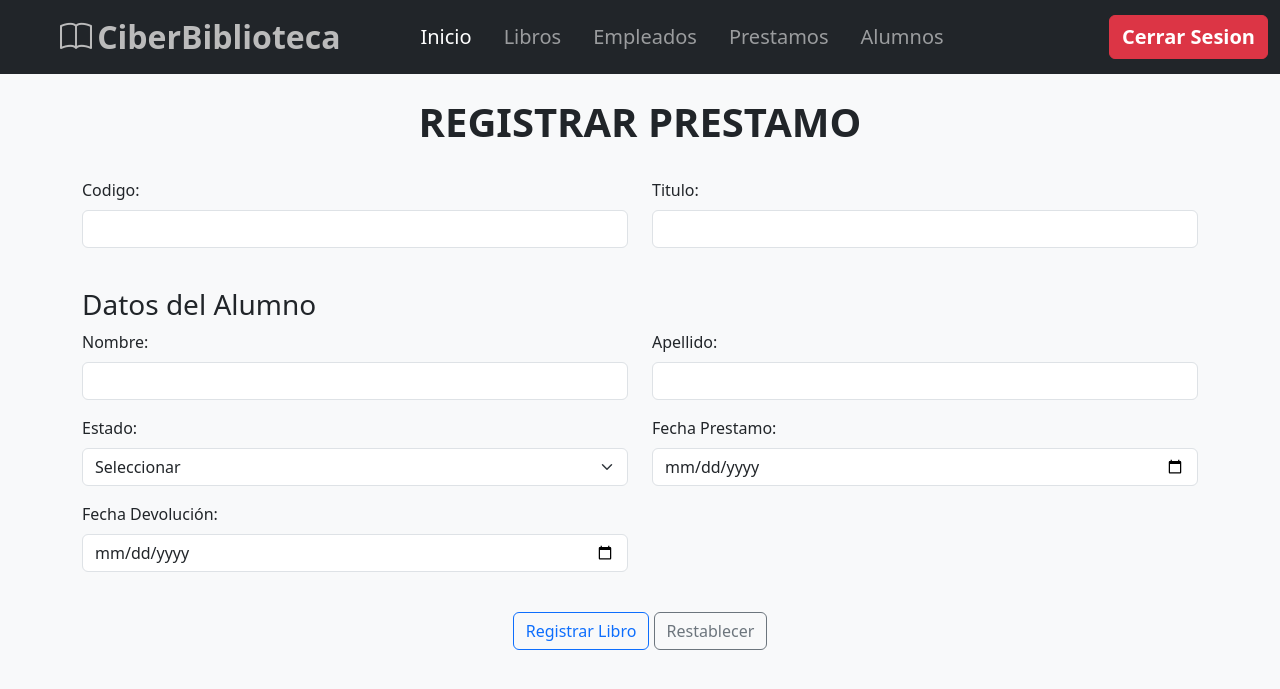
Repository: WilmerOcampo/LP1_Biblioteca
Page: http://localhost/Proyecto/registrarPrestamo.jsp
These files come from the project's save history. The page is drawn as it stood at one moment and after the next save; the edit follows.
The browser window is 1280 px wide. The pictures show the whole page.
The page is served by Tomcat 10. Other server files are loaded and not shown.

Above is the page before, as saved 2023-05-31 16:37:07.

### Proyecto/src/main/webapp/registrarPrestamo.jsp
<%@ page language="java" contentType="text/html; charset=ISO-8859-1"
    pageEncoding="ISO-8859-1"%>
<!DOCTYPE html>
<html>
<head>
<meta charset="ISO-8859-1">
<title>Registrar Préstamo</title>
<link href="https://cdn.jsdelivr.net/npm/bootstrap@5.3.0-alpha3/dist/css/bootstrap.min.css" rel="stylesheet">
<link rel="stylesheet" href="https://cdn.jsdelivr.net/npm/bootstrap-icons@1.8.1/font/bootstrap-icons.css">
</head>

<body class="bg-light">

    <!-- Inicio del menu -->
      <nav class="navbar navbar-expand-md navbar-dark bg-dark">
        <div class="container-fluid">

        <!-- icono o nombre -->
        <a class="navbar-brand" href="#" style="padding-left: 3rem; padding-right: 3rem;">
            <i class="bi bi-book" style="font-size: 2rem; color:#bbb"></i>
            <span style="font-size: 2rem; color:#bbb"><b>CiberBiblioteca</b></span>
          </a>

        <!-- boton del menu -->
        <button class="navbar-toggler" type="button" data-bs-toggle="collapse" data-bs-target="#menu" aria-controls="navbarSupportedContent" aria-expanded="false" aria-label="Toggle navigation">
            <span class="navbar-toggler-icon"></span>
        </button>

          <!-- elementos del menu colapsable -->
        <div class="collapse navbar-collapse" id="menu">
            <ul class="navbar-nav me-auto" style="font-size: 20px">
                  <li class="nav-item" style="margin:0 0.5rem">
                    <a class="nav-link active" aria-current="page" href="index.jsp">Inicio</a>
                  </li>
                  <li class="nav-item" style="margin:0 0.5rem">
                    <a class="nav-link" href="listaLibros.jsp">Libros</a>
                  </li>
                  <li class="nav-item" style="margin:0 0.5rem">
                    <a class="nav-link" href="listaEmpleados.jsp">Empleados</a>
                  </li>
                  <li class="nav-item" style="margin:0 0.5rem">
                    <a class="nav-link" href="listaPrestamos.jsp">Prestamos</a>
                  </li>
                  <li class="nav-item" style="margin:0 0.5rem">
                    <a class="nav-link" href="listaAlumnos.jsp">Alumnos</a>
                  </li>
                 </ul>

          <hr class="d-md-none text-white-50">

         <!--boton Informacion -->
          <form class="d-flex">
            <button class="btn btn-danger d-none d-md-inline-block " type="submit" style="font-size: 20px; font-weight:600"><a href="login.jsp" style="text-decoration: none; color: #fff">Cerrar Sesion</a></button>
          </form>
        </div>
        </div>
      </nav>

    <div class="container">
        <br>
        <h1 class="text-center" style="text-transform: uppercase;"><strong>Registrar Prestamo</strong></h1><br>
        <form>
            <div class="row mb-3">
                <div class="col-md-6">
                    <label for="codigo" class="form-label">Codigo:</label>
                    <input type="text" class="form-control" id="codigo" name="codigo">
                </div>
                <div class="col-md-6">
                    <label for="titulo" class="form-label">Titulo:</label>
                    <input type="text" class="form-control" id="titulo" name="titulo">
                </div>
            </div>
            <br><h3>Datos del Alumno</h3>
            <div class="row mb-3">
                <div class="col-md-6">
                    <label for="nombre" class="form-label">Nombre:</label>
                    <input type="text" class="form-control" id="nombre" name="nombre">
                </div>
                <div class="col-md-6">
                    <label for="apellido" class="form-label">Apellido:</label>
                    <input type="text" class="form-control" id="apellido" name="apellido">
                </div>
            </div>
            <div class="row mb-3">
                <div class="col-md-6">
                    <label for="estado" class="form-label">Estado:</label>
                    <select class="form-select" id="estado" name="estado">
                        <option selected>Seleccionar</option>
                        <option value="prestado">Prestado</option>
                        <option value="devuelto">DEvuelto</option>
                    </select>
                </div>
                <div class="col-md-6">
                    <label for="fechaprestamo" class="form-label">Fecha Prestamo:</label>
                    <input type="date" class="form-control" id="fechaprestamo" name="fechaprestamo">
                </div>
            </div>
            <div class="row mb-3">
                <div class="col-md-6">
                    <label for="fechadevolucion" class="form-label">Fecha Devolución:</label>
                    <input type="date" class="form-control" id="fechadevolucion" name="fechadevolucion">
                </div>
            </div>

            <div class="row">
                <div class="col-md-12 text-center">
                    <br><input type="submit" name="Registrar" id="registrar" value="Registrar Libro"
                        class="btn btn-outline-primary">
                    <input type="reset" name="borrar" id="borrar" value="Restablecer"
                        class="btn btn-outline-secondary">
                </div>
            </div>
        </form>
    </div>

    <script src="https://cdn.jsdelivr.net/npm/bootstrap@5.3.0-alpha3/dist/js/bootstrap.bundle.min.js"
        integrity="sha384-ENjdO4Dr2bkBIFxQpeoTz1HIcje39Wm4jDKdf19U8gI4ddQ3GYNS7NTKfAdVQSZe"
        crossorigin="anonymous"></script>

</body>
</html>

After the next save:
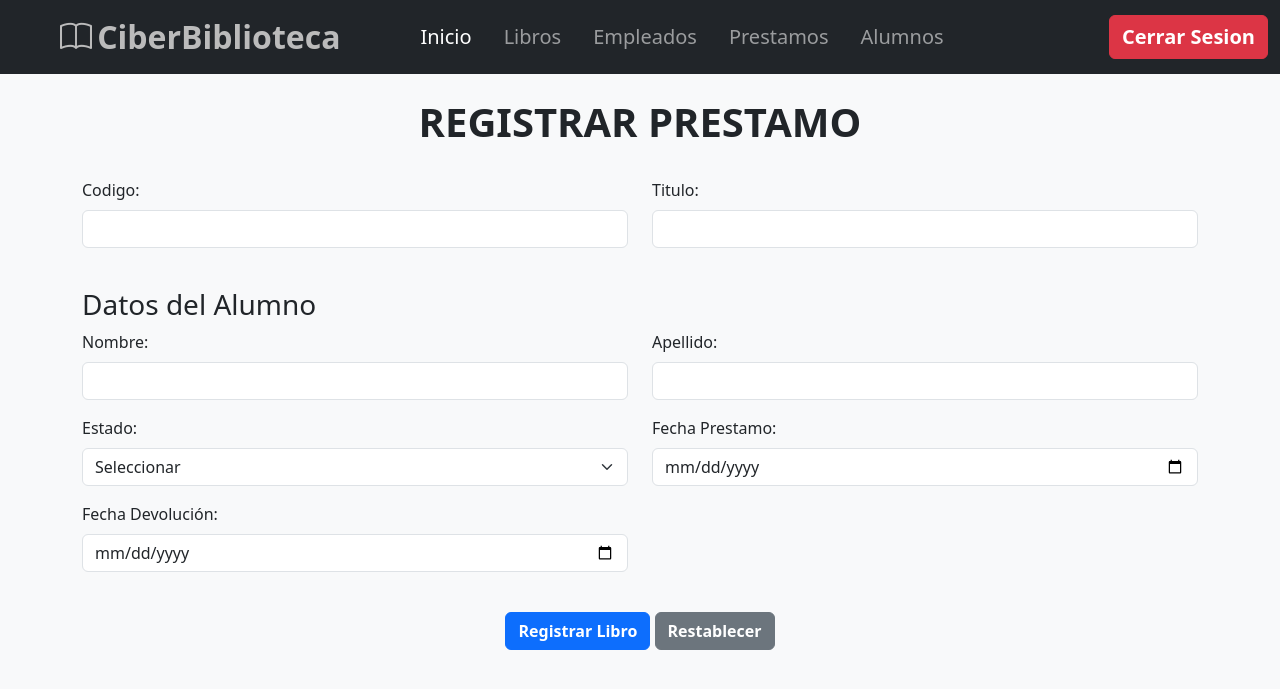
Saved 15 s later.
--- a/Proyecto/src/main/webapp/registrarPrestamo.jsp
+++ b/Proyecto/src/main/webapp/registrarPrestamo.jsp
@@ -105,9 +105,9 @@
             <div class="row">
                 <div class="col-md-12 text-center">
                     <br><input type="submit" name="Registrar" id="registrar" value="Registrar Libro"
-                        class="btn btn-outline-primary">
+                        class="btn btn-primary" style="font-weight: 600">
                     <input type="reset" name="borrar" id="borrar" value="Restablecer"
-                        class="btn btn-outline-secondary">
+                        class="btn btn-secondary" style="font-weight: 600">
                 </div>
             </div>
         </form>
